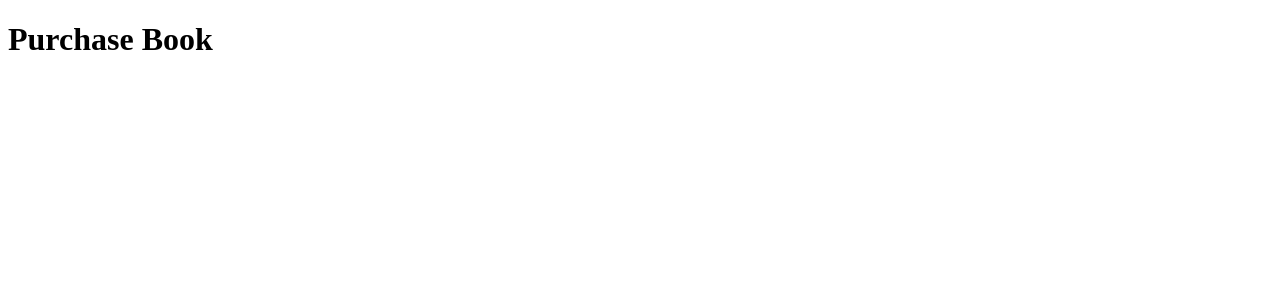
Repository: Ibrahim-Abohola/BookStore
Page: purchase.html
The author's editor kept a copy of each file at every save. The page is drawn from the files as they stood at one save, then again after a run of saves.
The browser window is 1280 px wide. The pictures show the whole page.

Above is the page before, as saved 2025-07-15 19:24:48.

### purchase.html
<!DOCTYPE html>
<html lang="en">
    <head>
    <meta charset="UTF-8">
    <meta name="viewport" content="width=device-width, initial-scale=1.0">
    <title>Purchase</title>
    </head>
    <body>
        <h1>Purchase Book</h1>
        <div class="book-details">

        </div>
    </body>
</html>

After the next 4 saves:
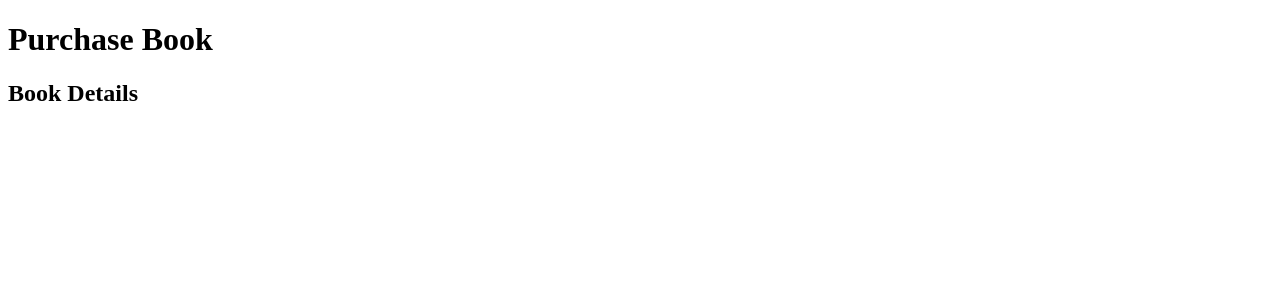
The 4 saves are shown as one change because they came seconds apart.
The last was saved 21 s later.
--- a/purchase.html
+++ b/purchase.html
@@ -8,6 +8,7 @@
     <body>
         <h1>Purchase Book</h1>
         <div class="book-details">
+        <h2>Book Details</h2>
 
         </div>
     </body>
